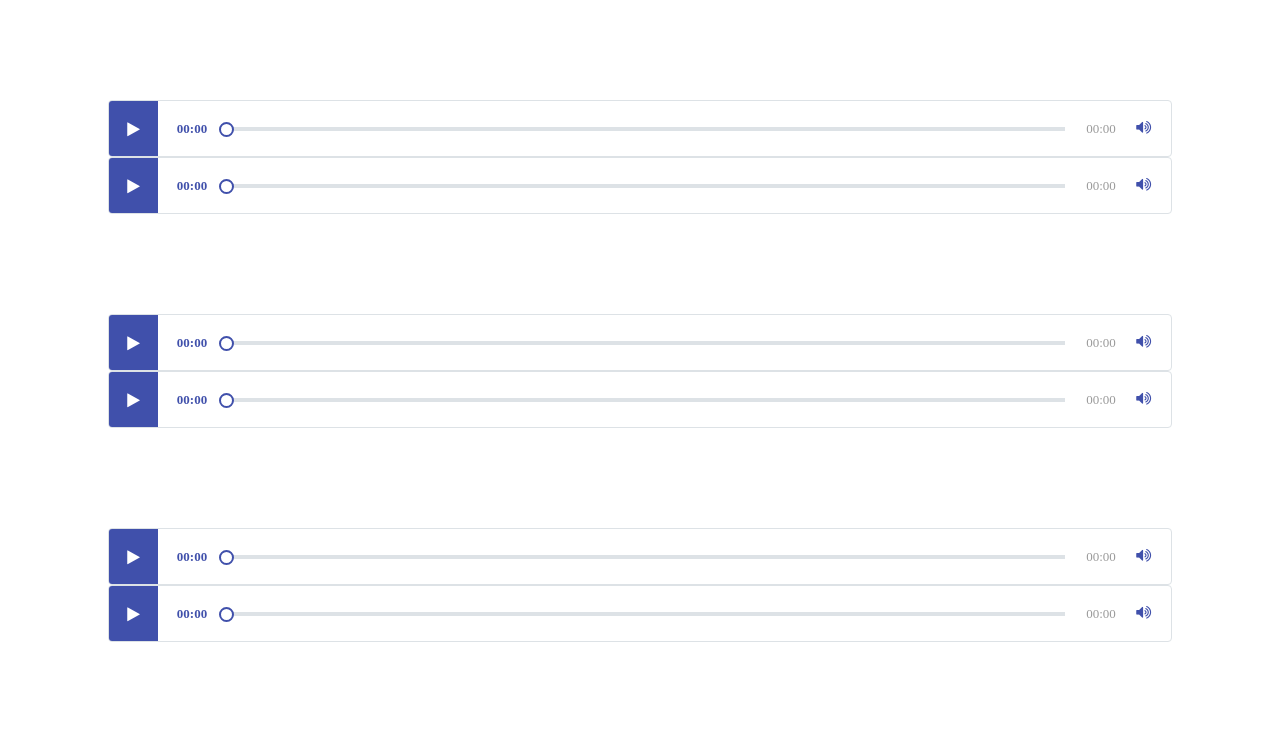
Repository: mitzbarbie/-jQuery-AudioPlayer-plugin
Page: index.html
These files come from the project's save history. The page is drawn as it stood at one moment and after the next save; the edit follows.
The browser window is 1280 px wide. The pictures show the whole page.

Above is the page before, as saved 2021-11-26 17:37:01.

After the next save:
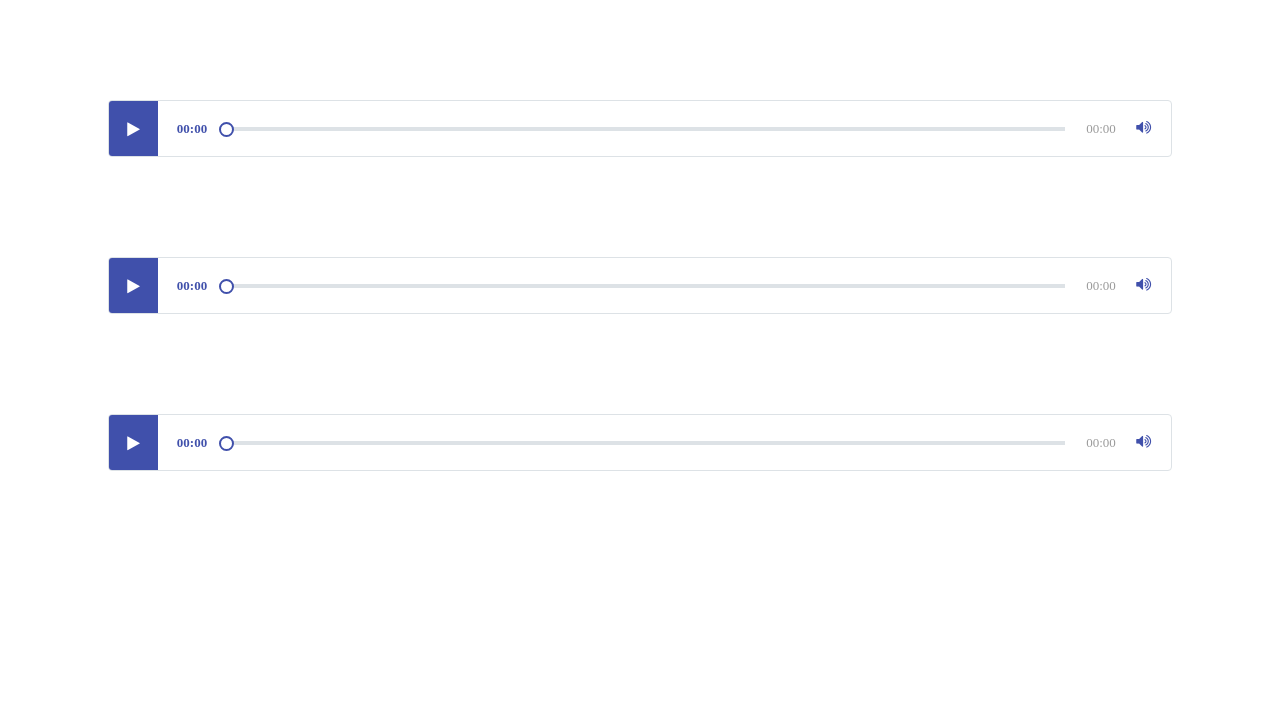
Saved 9 s later.
--- a/audioPlayer.js
+++ b/audioPlayer.js
@@ -27,7 +27,7 @@
           </div>';
 
       var $this = $(this);
-      $this.append(htmlInit);
+      $this.html(htmlInit);
 
       var $playPauseBtn = $this.find("#playPauseBtn"),
         $playBtn = $this.find(".playing"),
